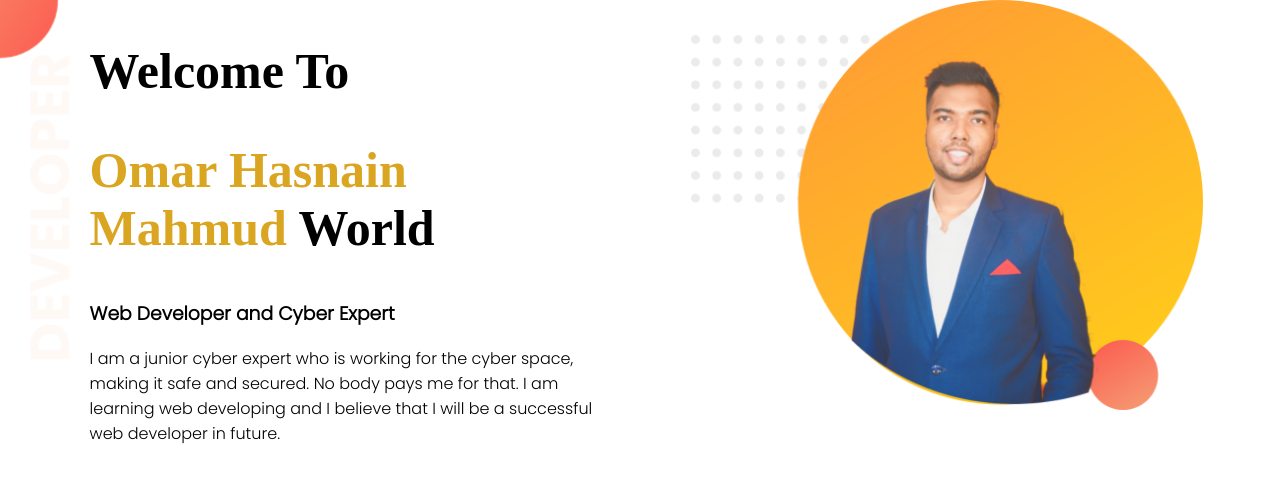
Repository: omarhasnain/web-portfolio
Page: index.html
An editor plug-in stored every save of this project. The page is shown before and after the next save, followed by the edit.
The browser window is 1280 px wide. The pictures show the whole page.
Some web fonts or font styles are not loaded; a fallback is used.

Above is the page before, as saved 2021-01-05 21:22:36.

After the next save:
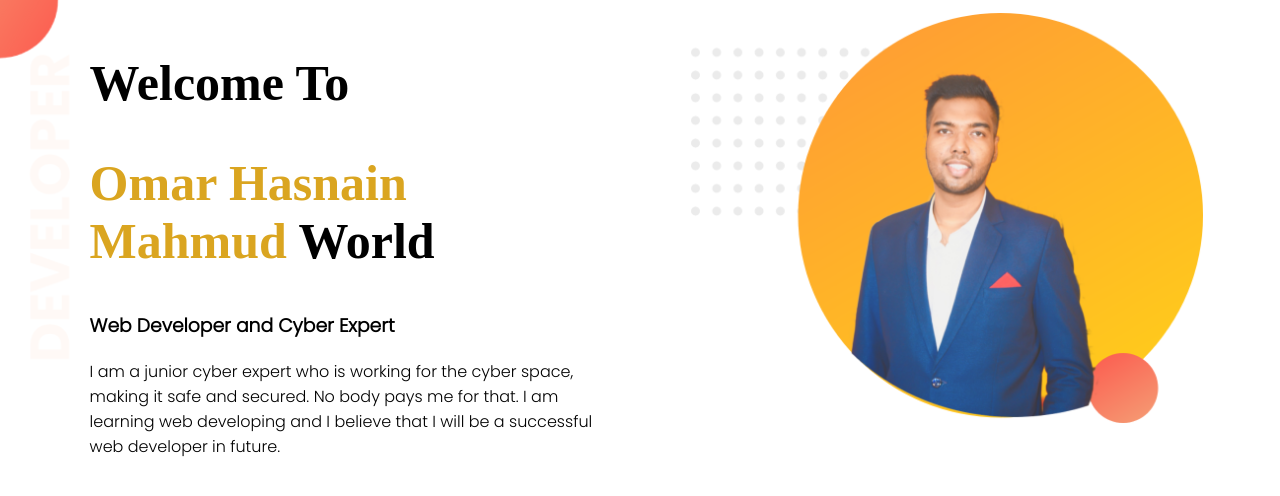
Saved 69 s later.
--- a/web portfolio style.css
+++ b/web portfolio style.css
@@ -18,6 +18,7 @@
     float: left;
     margin-left: 5%;
     padding-left: 2%;
+    padding-top: 1%;
 }
 .half-width img{
     width: 100%;

After the save that followed:
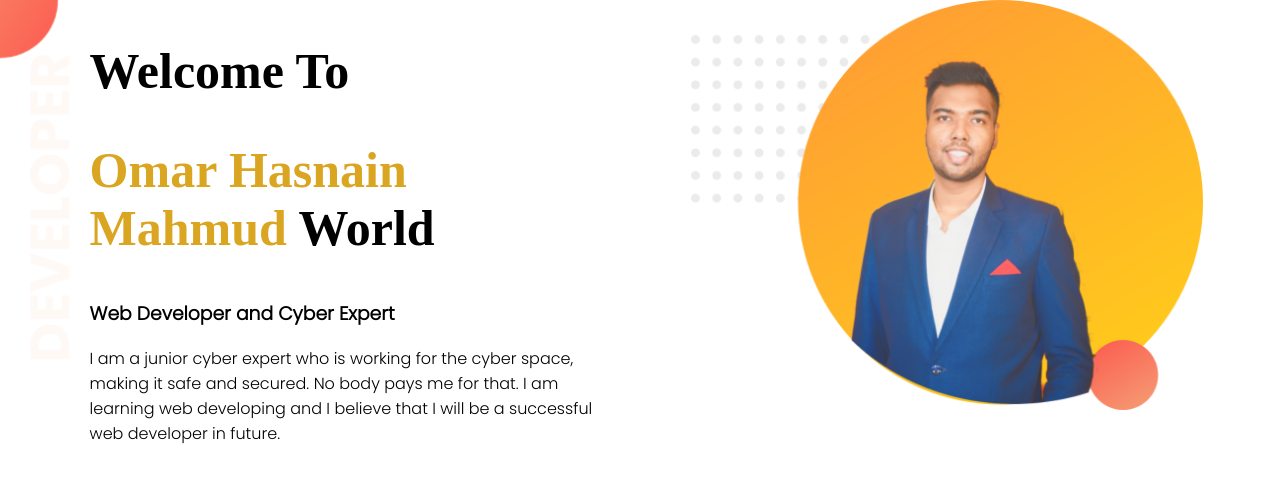
Saved 17 s later.
--- a/web portfolio style.css
+++ b/web portfolio style.css
@@ -18,7 +18,7 @@
     float: left;
     margin-left: 5%;
     padding-left: 2%;
-    padding-top: 1%;
+
 }
 .half-width img{
     width: 100%;
